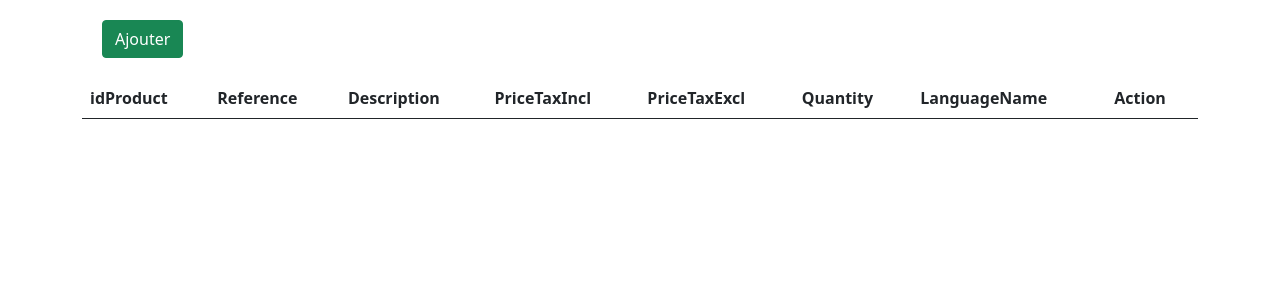
Repository: ahamie71/CrUDPOO
Page: http://localhost/index.php?action=AfficheCrud
The author's editor kept a copy of each file at every save. The page is drawn from the files as they stood at one save, then again after a run of saves.
The browser window is 1280 px wide. The pictures show the whole page.
The page is run by PHP 8.4 with error messages shown; the project is at /var/www/html/. Queries for data that is not in the repository find no rows.

Above is the page before, as saved 2023-07-25 11:24:42.

After the next 2 saves:
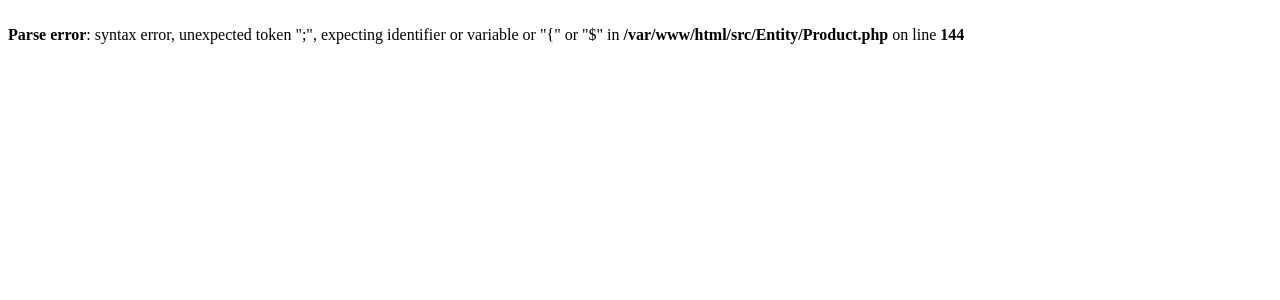
The 2 saves are shown as one change because they came seconds apart.
The last was saved 19 s later.
--- a/src/Entity/Product.php
+++ b/src/Entity/Product.php
@@ -141,7 +141,7 @@
 
     public function getUsername(): string
     {
-        return $this->username;
+        return $this->;
     }
     /**
      * Set the value of userName

After the save that followed:
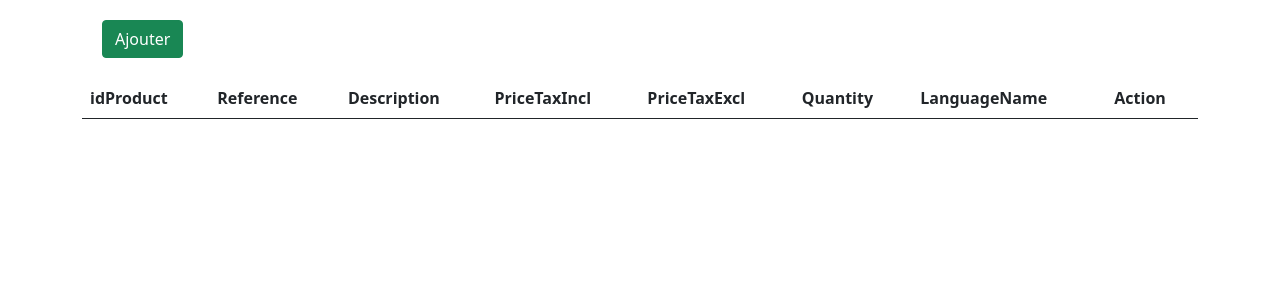
Saved 4 s later.
--- a/src/Entity/Product.php
+++ b/src/Entity/Product.php
@@ -141,7 +141,7 @@
 
     public function getUsername(): string
     {
-        return $this->;
+        return $this->lan;
     }
     /**
      * Set the value of userName
